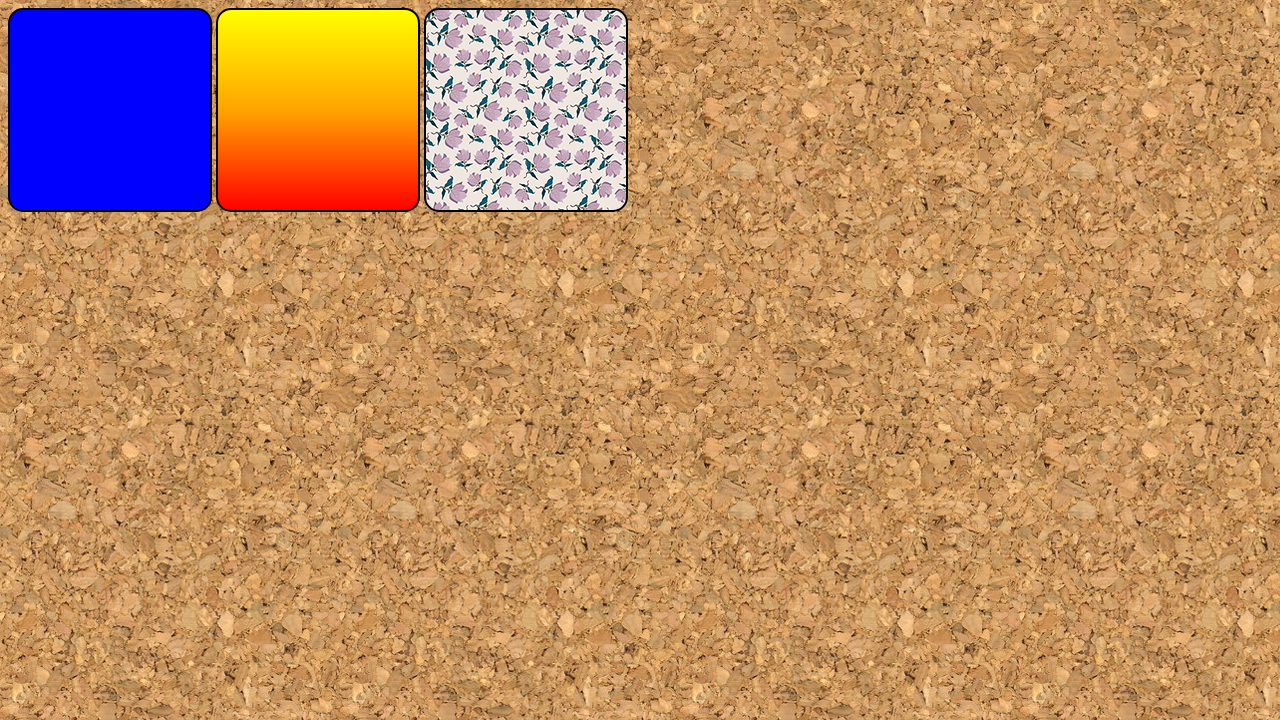
Repository: ErikMesquita/html
Page: exercícios/ex023/index.html
An editor plug-in stored every save of this project. The page is shown before and after the next save, followed by the edit.
The browser window is 1280 px wide. The pictures show the whole page.

Above is the page before, as saved 2023-09-06 09:11:12.

After the next save:
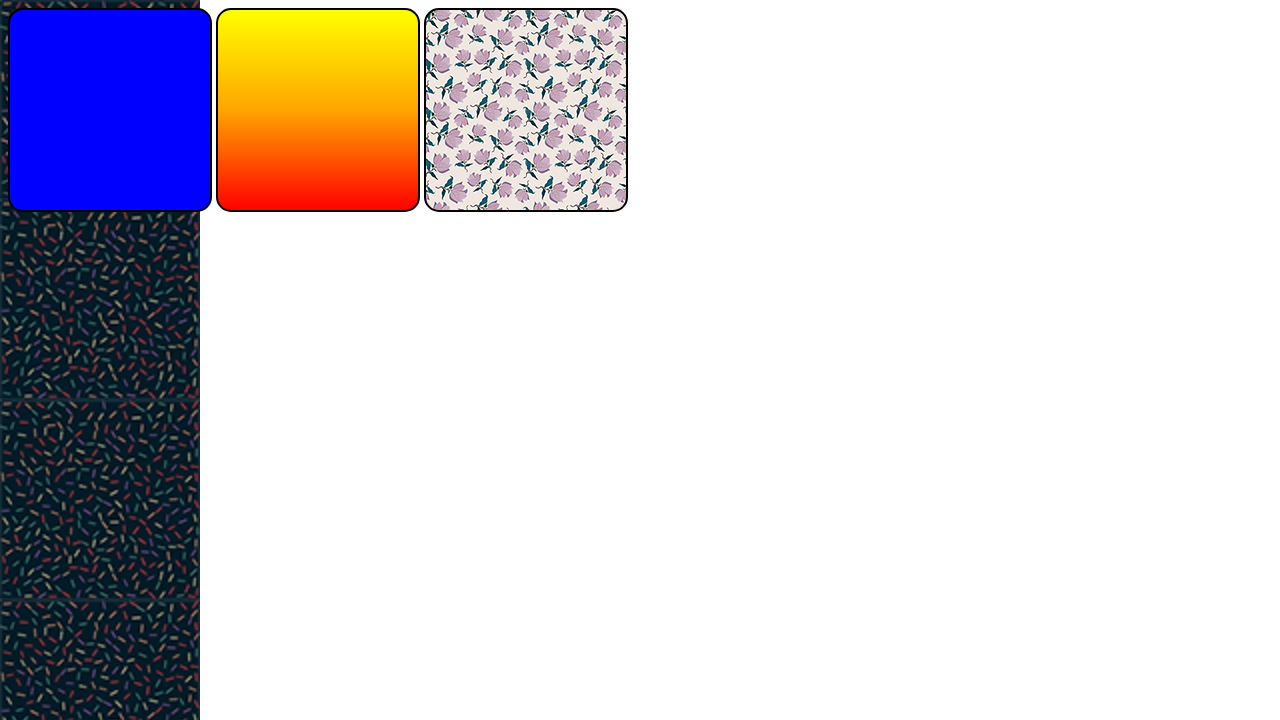
Saved 20 s later.
--- a/exercícios/ex023/index.html
+++ b/exercícios/ex023/index.html
@@ -6,7 +6,11 @@
     <title>Colocando imagens de fundo</title>
     <link rel="stylesheet" href="style.css">
     <style>
-
+        body {
+    background-image: url("imagens/pattern001.png");
+    background-repeat: repeat-y;
+    background-size: 200px;
+}
     </style>
 </head>
 <body>
